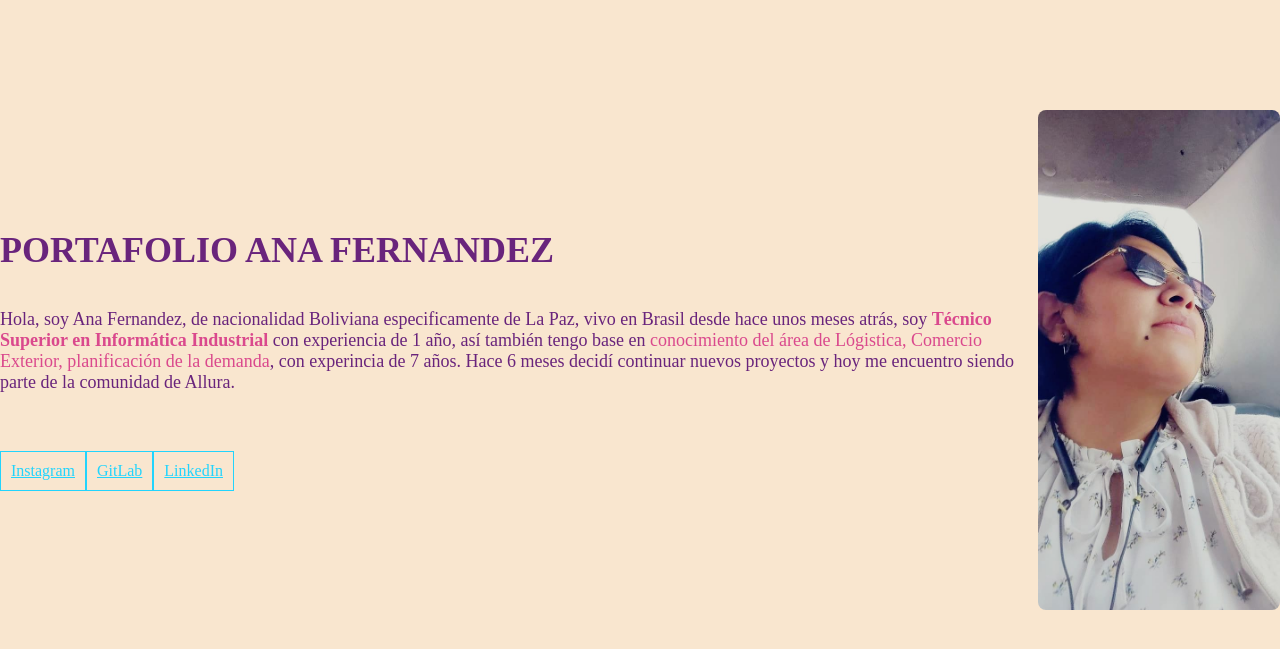
Repository: AnaFzCz/PROYECTOS-HTML---CSS2
Page: Portafolio/index.html
An editor plug-in stored every save of this project. The page is shown before and after the next save, followed by the edit.
The browser window is 1280 px wide. The pictures show the whole page.

Above is the page before, as saved 2025-01-25 07:05:43.

### Portafolio/index.html
<!DOCTYPE html>
<html lang="en">

<head>
    <meta charset="UTF-8">
    <meta http-equiv="X-UA-Compatible" content="IE=edge">
    <meta name="viewport" content="width=device-width, initial-scale=1.0">
    <title>Portafolio</title>
    <link rel="stylesheet" href="style.css">
</head>

<body>
    <header>

    </header>
    <main class="presentacion">
        <div class="container responsivo-container">
            <h1 class="presentacion_titulo">PORTAFOLIO ANA FERNANDEZ</h1>
            <p class="presentacion_parrafo">Hola, soy Ana Fernandez, de nacionalidad Boliviana especificamente de La Paz, vivo en Brasil desde hace
                unos meses atrás, soy <strong class="destacar">Técnico Superior en Informática Industrial</strong> con
                experiencia de 1 año, así también tengo base en <span>conocimiento del área de Lógistica, Comercio
                    Exterior, planificación de la demanda</span>, con experincia de 7 años. Hace 6 meses decidí
                continuar nuevos proyectos y hoy me encuentro siendo parte de la comunidad de Allura.</p>
            <a class="bot" href="https://instagram.com/anafzcz">Instagram</a>
            <a class="bot" href="https://github.com/AnaFzCz">GitLab</a>
            <a class="bot" href="https://linkedin.com/in/ana-fernandez-cruz-238787124">LinkedIn</a>
            <br>
            <br>
        </div>
        <img src="mindfullness.jpg" alt="myself" style="width:250px;height: 500px;">
    </main>
    <footer></footer>
</body>

</html>

### Portafolio/style.css
@import url('https://fonts.googleapis.com/css2?family=Montserrat+Alternates:ital,wght@0,100;0,200;0,300;0,400;0,500;0,600;0,700;0,800;0,900;1,100;1,200;1,300;1,400;1,500;1,600;1,700;1,800;1,900&display=swap');

/*Resetear configuraciones*/
* {
  margin: 0;
  padding: 0;
}

body {
  height: 100vh;
  display: flex;
  box-sizing: border-box;
  justify-content: center;
  align-items: center;
  background-color: #F9E6CF;
  color: #69247C;
  font-family:  Montserrat Alternates", serif;
  /*font-family: "papyrus";*/
}

/*p {
  margin: 10px;
  border: 2px solid purple;
  padding: 5px;
}*/

.destacar {
  color: #DA498D;
}

/*contenedor de las columnas*/
.presentacion {
  margin: 0%;
  display: flex;
  align-items: center;
  justify-content: space-between;

}

.container {
  display: flex;
  align-items: center;
  height: 300px;
  weight:615px;;
  /* Altura ajustável conforme necessário */
}

.responsivo-container {
  display: flex;
  flex-direction: row;
  flex-wrap: wrap;
}

span {
  color: #DA498D;
}

a {
  color: #22D4FD;
  border: 1px solid #22D4FD;
  padding: 10px;
  text-align: center;
}

.bot {
  margin-top: 20px;
  display: flex;
  justify-content: center;
}


.presentacion_titulo{
  align-content: center;
  font-size: 36px;
}
.presentacion_parrafo{

  font-size: 18px;
}

img {
  border-radius: 8px;
  display: block;
  margin-left: auto;
  margin-right: auto;
}

img:hover {
  transform: scaleX(-1);
}

After the next save:
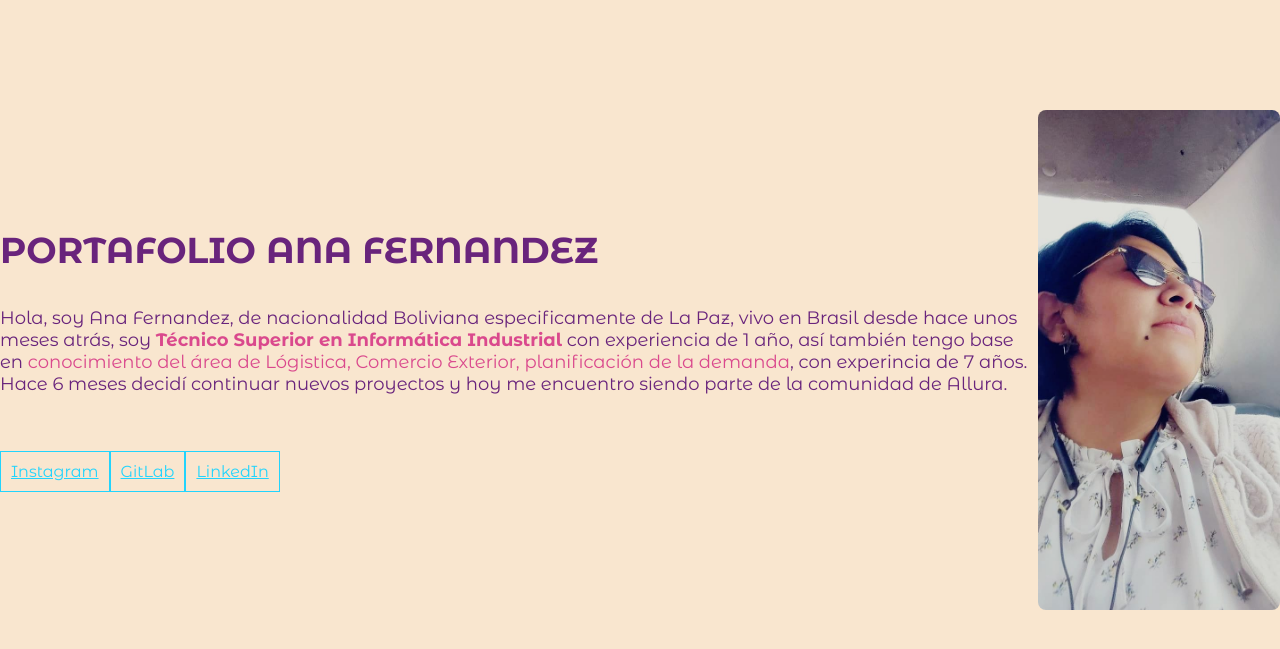
Saved 7 s later.
--- a/Portafolio/style.css
+++ b/Portafolio/style.css
@@ -14,7 +14,7 @@ body {
   align-items: center;
   background-color: #F9E6CF;
   color: #69247C;
-  font-family:  Montserrat Alternates", serif;
+  font-family:  Montserrat Alternates, serif;
   /*font-family: "papyrus";*/
 }
 
